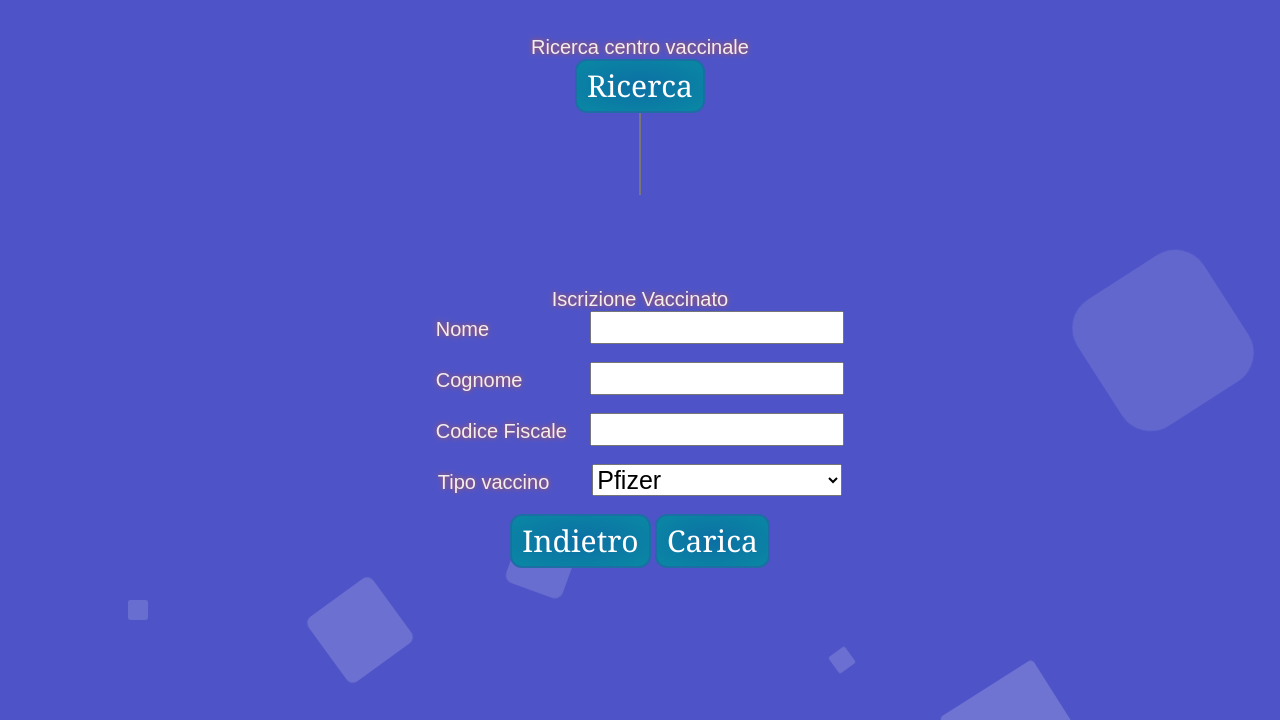
Repository: Jok98/CentriVaccinaliWebApp
Page: http://localhost/CentriVaccinaliOperatori/iscrizionevaccinato.jsp
An editor plug-in stored every save of this project. The page is shown before and after the next save, followed by the edit.
The browser window is 1280 px wide. The pictures show the whole page.
Some web fonts or font styles are not loaded; a fallback is used. The page is served by Tomcat 9.

Above is the page before, as saved 2022-09-24 17:50:22.

### CentriVaccinaliOperatori/src/main/webapp/iscrizionevaccinato.jsp
<%@ page language="java" contentType="text/html; charset=ISO-8859-1"
    pageEncoding="ISO-8859-1"%>
<!DOCTYPE html>
<html>
<head>
<meta charset="ISO-8859-1">
<link rel="stylesheet" href="css/form.css">
<link rel="stylesheet" href="css/background.css">
<title>Iscrizione Vaccinati</title>
</head>
<body>
	<div class="area">
		<ul class="circles">
			<li></li>
			<li></li>
			<li></li>
			<li></li>
			<li></li>
			<li></li>
			<li></li>
			<li></li>
			<li></li>
			<li></li>
		</ul>
	</div>
		<div class="reserch" align="center" >
		<form action="" >
		<a class="text">Ricerca centro vaccinale</a>
		<br>
		<button class="button" type="submit">Ricerca</button>
		<br>
		<select name="centriVaccinali" size="5">

		</select>
	</form>
	</div>
	<div class="context" align="center" >
		<form action="" >
		<a class="text">Iscrizione Vaccinato</a>
		<br>
		<label class="label" class="button"  for="nomeVacc" >Nome </label>
		<input class="input" type="text" id="nomeVacc" name="nomeVacc">
		<br><br>
		<label class="label" for="cognomeVacc">Cognome </label>
		<input class="input" type="text" id="cognomeVacc" name="cognomeVacc">
		<br><br>
		<label class="label" for="codfisVacc">Codice Fiscale </label>
		<input class="input" type="text" id="codfisVacc" name="codfisVacc">
		<br><br>
		<label class="label" for="tipoCenvax">Tipo vaccino </label>
		<select class="input" name="tipoCenvax" id="tipoCenvax">
			<option value="Hub">Pfizer</option>
			<option value="Azienda">Moderna</option>
			<option value="Ospedale">Astrazeneca</option>
		</select>
		<br><br>
		<a class="button" type="submit" href="index.jsp"  >Indietro</a>
		<button class="button" type="submit">Carica</button>

		</form>
	</div>

</body>
</html>

### CentriVaccinaliOperatori/src/main/webapp/css/form.css
@charset "ISO-8859-1";

/* bottoni */
.button {
	color: rgb(255, 255, 255);
	font-size: 30px;
	line-height: 30px;
	padding: 10px;
	border-radius: 12px;
	font-family: Georgia, serif;
	font-weight: normal;
	text-decoration: none;
	font-style: normal;
	font-variant: normal;
	text-transform: none;
	background-image: radial-gradient(at center center, rgb(12, 111, 164) 0%,
		rgb(10, 136, 164) 100%, rgb(12, 111, 164) 100%);
	box-shadow: rgba(0, 0, 0, 0) 81px -57px 0px 0px;
	border: 2px solid rgb(28, 110, 164);
	display: inline-block;
}

.button:hover {
	background: #80c3ff;
}

.button:active {
	background: #1ca4ff;
}

.text{
	font-size: 20px;
	text-shadow: 0px 0px 5px #CE5937;
	color: #EFEFEF;

}

.label {
	display: inline-block;
	width:150px;
	text-align: left;
	font-size: 20px;
	text-shadow: 0px 0px 5px #CE5937;
	color: #EFEFEF;

}

.input {
	width:250px;
	font-size: 25px;
}

### CentriVaccinaliOperatori/src/main/webapp/css/background.css
@charset "ISO-8859-1";
@import url('https://fonts.googleapis.com/css?family=Exo:400,700');

*{
    margin: 0px;
    padding: 0px;
}

html{
    font-family: 'Exo', sans-serif;

}

.reserch{
	width: 100%;
    position: absolute;
    top:5vh;
}


.context {
    width: 100%;
    position: absolute;
    top:40vh;

}

.context h1{
    text-align: center;
    color: #fff;
    font-size: 50px;
}


.area{
    background: #4e54c8;
    background: -webkit-linear-gradient(to left, #8f94fb, #4e54c8);
    width: 100%;
    height:100vh;


}

.circles{
    position: absolute;
    top: 0;
    left: 0;
    width: 100%;
    height: 100%;
    overflow: hidden;
}

.circles li{
    position: absolute;
    display: block;
    list-style: none;
    width: 20px;
    height: 20px;
    background: rgba(255, 255, 255, 0.2);
    animation: animate 25s linear infinite;
    bottom: -150px;

}

.circles li:nth-child(1){
    left: 25%;
    width: 80px;
    height: 80px;
    animation-delay: 0s;
}


.circles li:nth-child(2){
    left: 10%;
    width: 20px;
    height: 20px;
    animation-delay: 2s;
    animation-duration: 12s;
}

.circles li:nth-child(3){
    left: 70%;
    width: 20px;
    height: 20px;
    animation-delay: 4s;
}

.circles li:nth-child(4){
    left: 40%;
    width: 60px;
    height: 60px;
    animation-delay: 0s;
    animation-duration: 18s;
}

.circles li:nth-child(5){
    left: 65%;
    width: 20px;
    height: 20px;
    animation-delay: 0s;
}

.circles li:nth-child(6){
    left: 75%;
    width: 110px;
    height: 110px;
    animation-delay: 3s;
}

.circles li:nth-child(7){
    left: 35%;
    width: 150px;
    height: 150px;
    animation-delay: 7s;
}

.circles li:nth-child(8){
    left: 50%;
    width: 25px;
    height: 25px;
    animation-delay: 15s;
    animation-duration: 45s;
}

.circles li:nth-child(9){
    left: 20%;
    width: 15px;
    height: 15px;
    animation-delay: 2s;
    animation-duration: 35s;
}

.circles li:nth-child(10){
    left: 85%;
    width: 150px;
    height: 150px;
    animation-delay: 0s;
    animation-duration: 11s;
}



@keyframes animate {

    0%{
        transform: translateY(0) rotate(0deg);
        opacity: 1;
        border-radius: 0;
    }

    100%{
        transform: translateY(-1000px) rotate(720deg);
        opacity: 0;
        border-radius: 50%;
    }

}

After the next save:
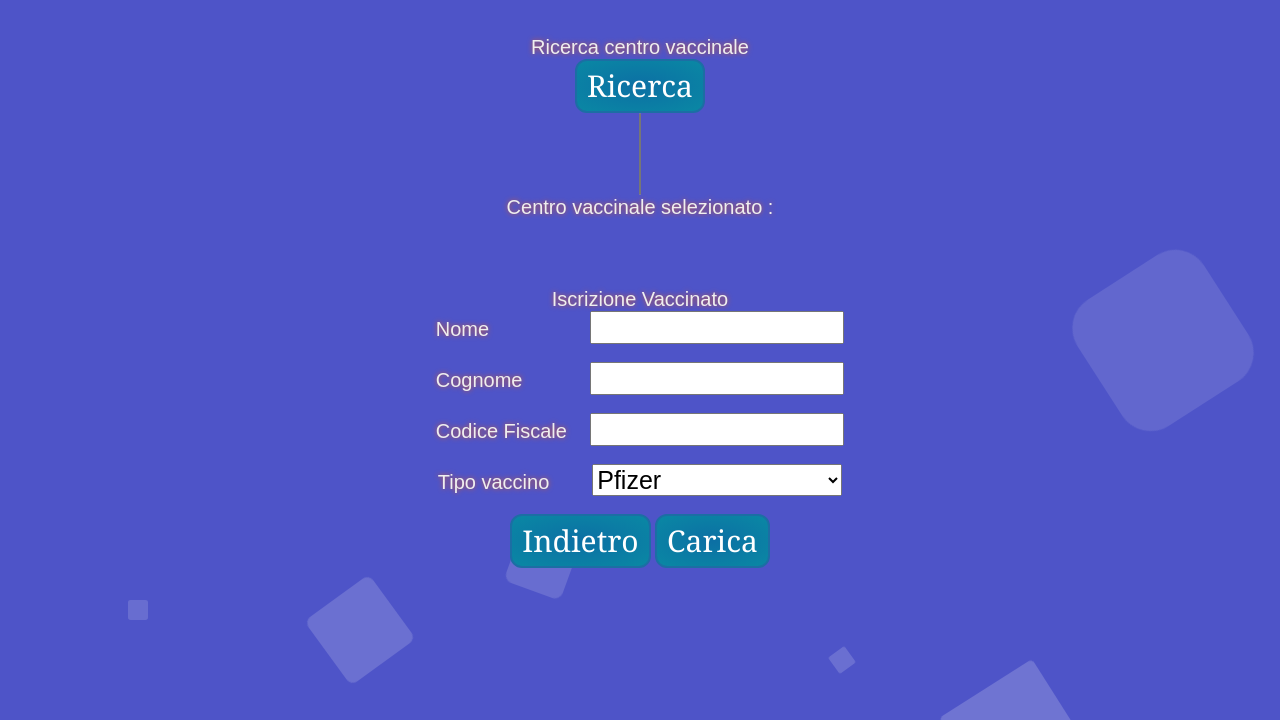
Saved 50 s later.
--- a/CentriVaccinaliOperatori/src/main/webapp/iscrizionevaccinato.jsp
+++ b/CentriVaccinaliOperatori/src/main/webapp/iscrizionevaccinato.jsp
@@ -30,8 +30,9 @@
 		<button class="button" type="submit">Ricerca</button>
 		<br>
 		<select name="centriVaccinali" size="5">
-
 		</select>
+		<br>
+		<a class="text">Centro vaccinale selezionato :</a>
 	</form>
 	</div>
 	<div class="context" align="center" >
